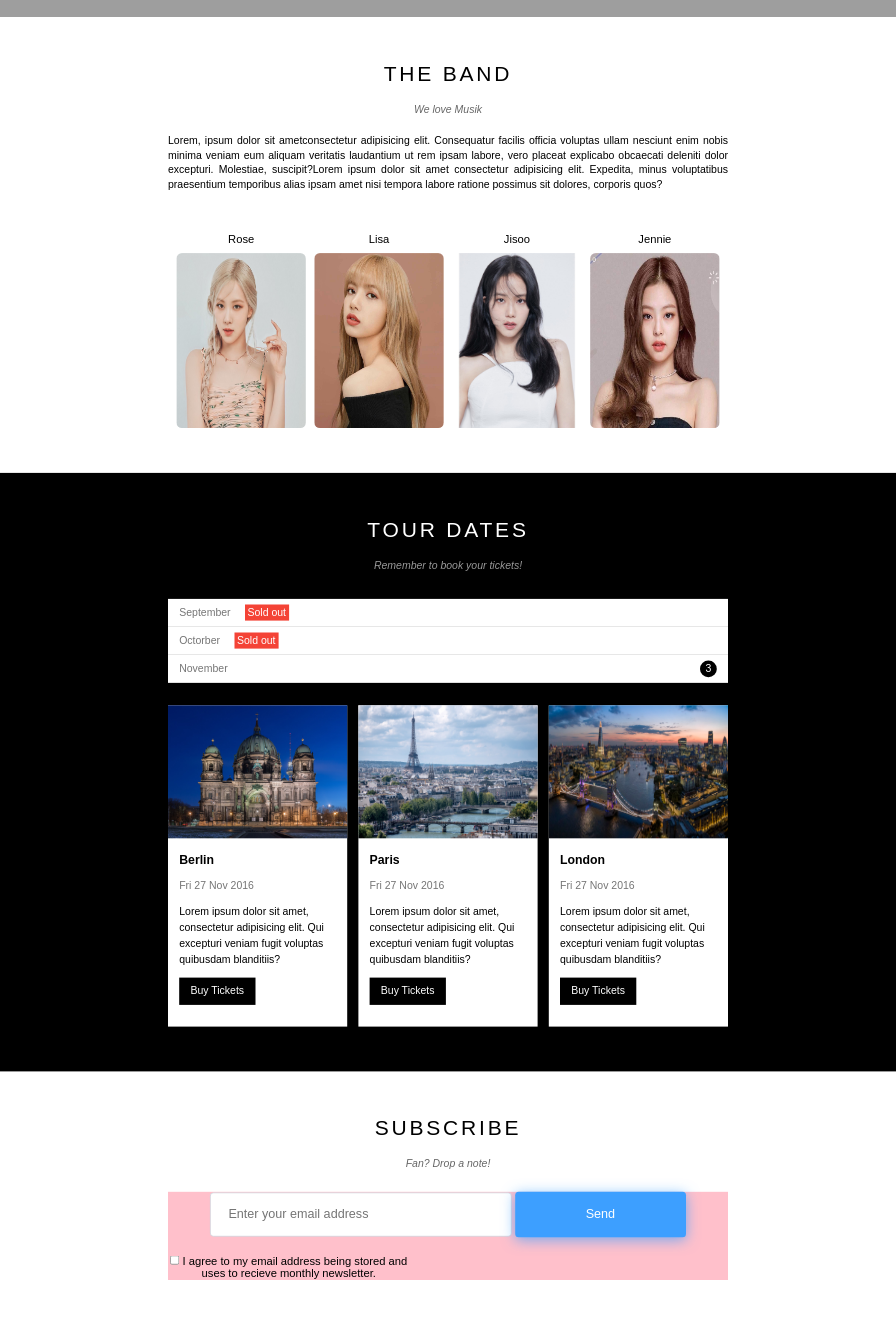
Repository: AiTrinh303/First-Project
Page: /
An editor plug-in stored every save of this project. The page is shown before and after a run of saves, followed by the edit.
The browser window is 1280 px wide. The pictures show the part of the page from y = 661 to 2581 px (the page is 2554 px tall before and 2581 px after), at 70% of full size.
Pictures or frames that could not be fetched are drawn as grey boxes. The project was rebuilt for these pictures with package versions that can differ from the ones it lists, and the page was loaded fresh each time.

Above is the page before, as saved 2024-01-23 10:12:41.

After the next 4 saves:
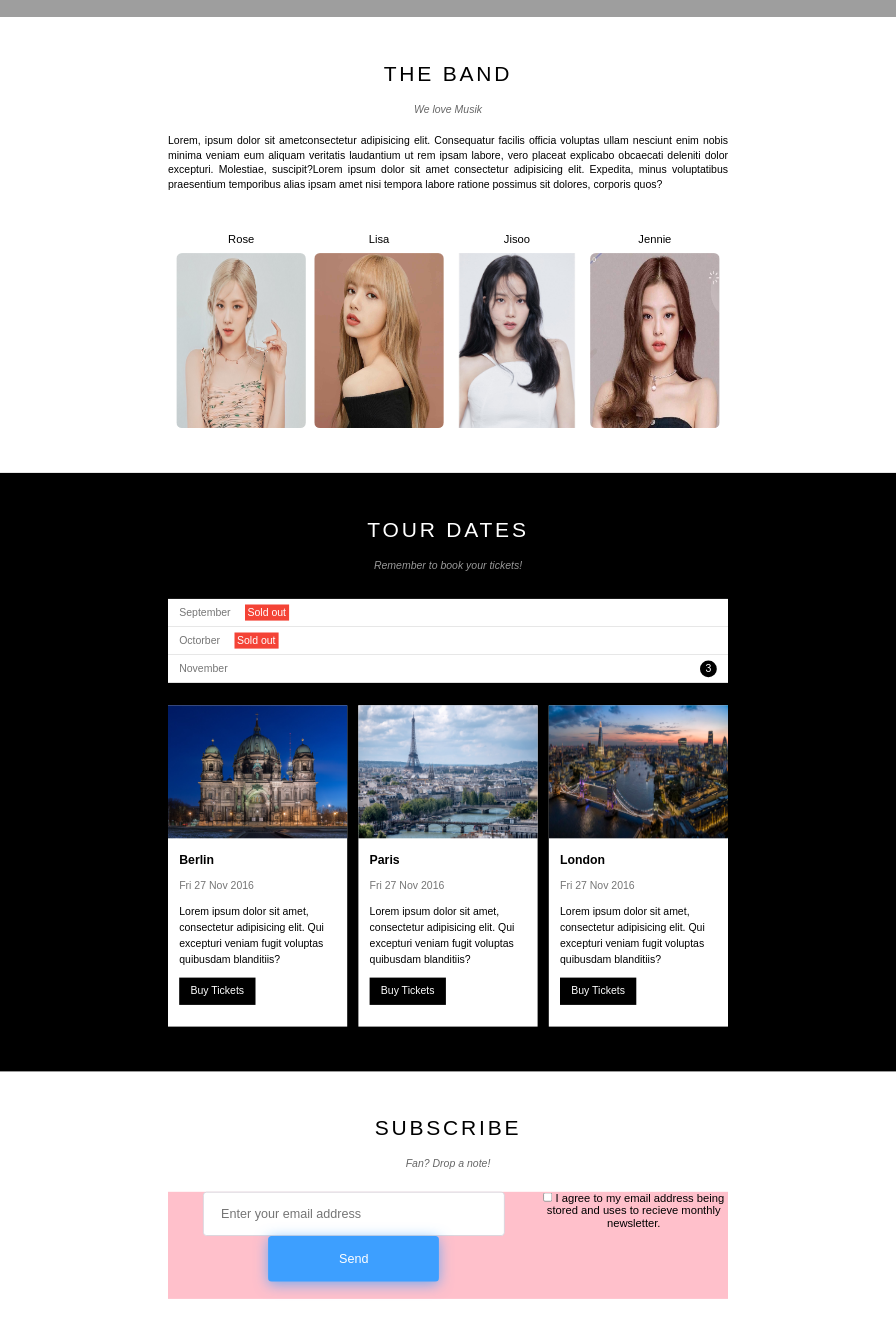
The 4 saves are shown as one change because they came seconds apart.
The last was saved 10 s later.
--- a/src/styles/main.css
+++ b/src/styles/main.css
@@ -272,7 +272,7 @@
   background-color: pink;
   margin-top: 32px;
   text-align: center;
-  align-items:center
+  display: flex;
 
 }
 .form {

After the save that followed:
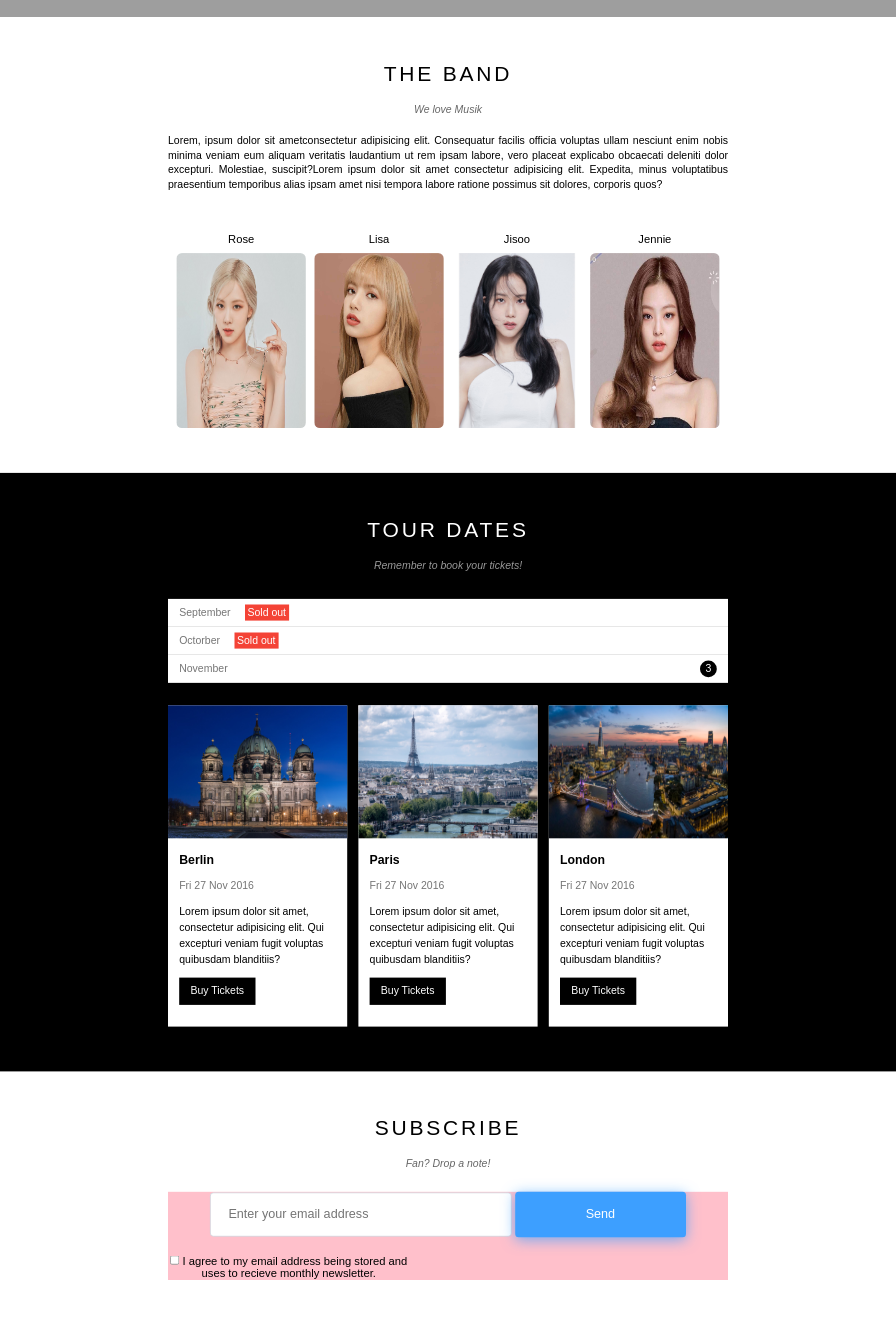
Saved 8 s later.
--- a/src/styles/main.css
+++ b/src/styles/main.css
@@ -273,6 +273,7 @@
   margin-top: 32px;
   text-align: center;
   display: flex;
+  flex-direction: column;
 
 }
 .form {
